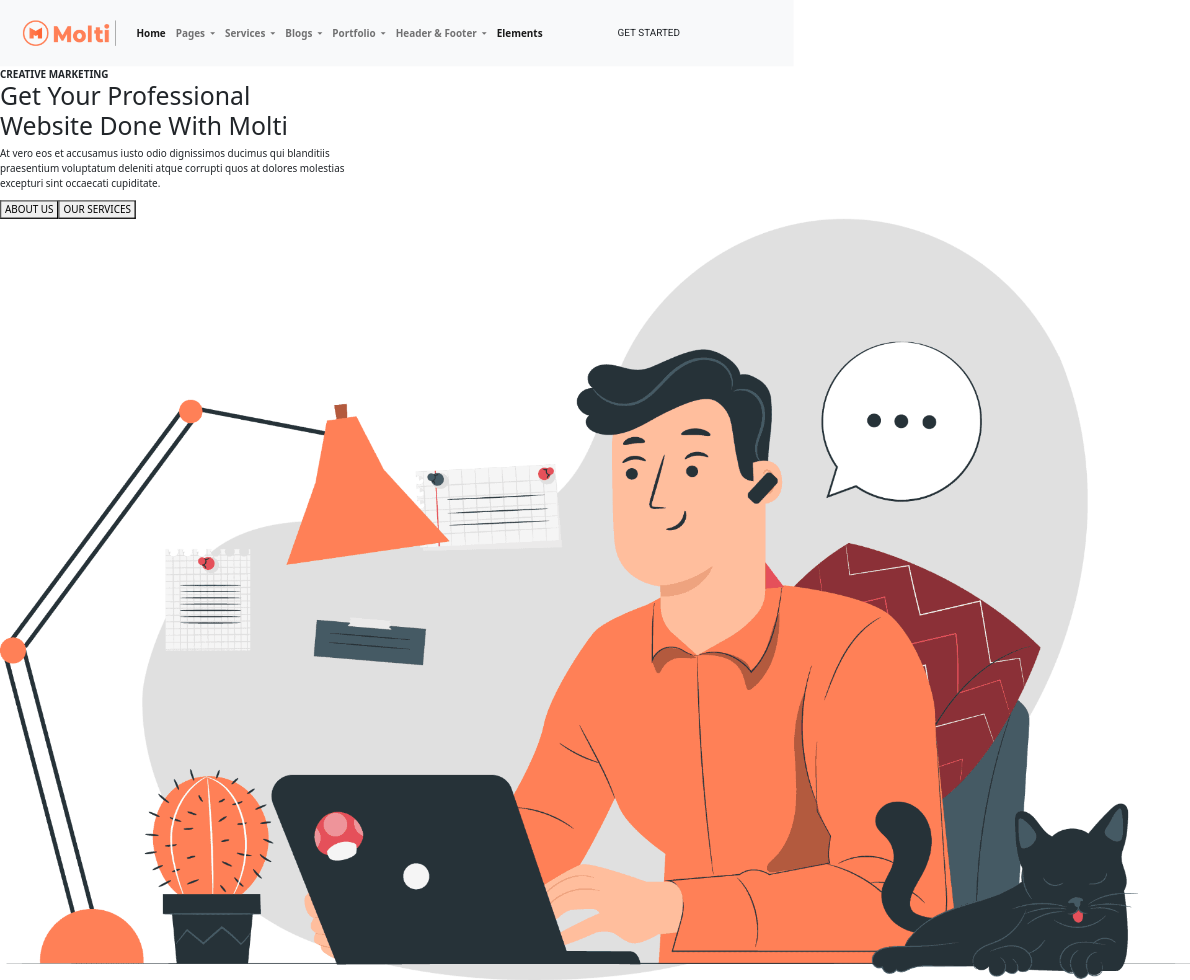
Repository: meherujjahan/Molti-website
Page: index.html
The author's editor kept a copy of each file at every save. The page is drawn from the files as they stood at one save, then again after the next save.
The browser window is 1280 px wide. The page is 1920 px wide, so the pictures cover 1920 px, including what lies to the right of the window. The pictures show the whole page, at 62% of full size.

Above is the page before, as saved 2022-03-08 19:18:11.

After the next save:
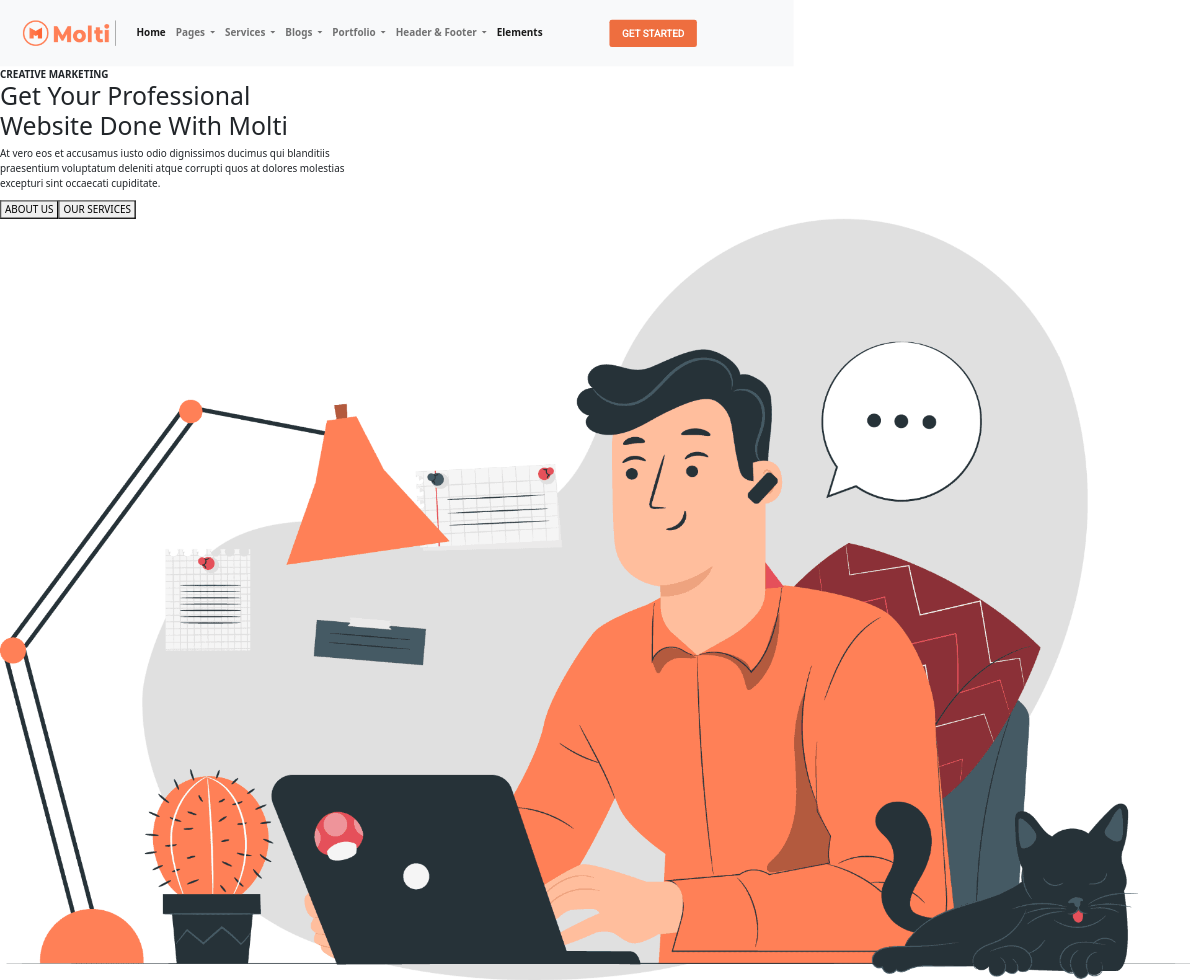
Saved 6 min 17 s later.
--- a/index.html
+++ b/index.html
@@ -4,8 +4,7 @@
     <meta charset="UTF-8" />
     <meta http-equiv="X-UA-Compatible" content="IE=edge" />
     <meta name="viewport" content="width=device-width, initial-scale=1.0" />
-    <!-- CSS styleSheet -->
-    <link rel="stylesheet" href="style.css" />
+
     <!-- bootstrap stylesheet -->
     <link
       href="https://cdn.jsdelivr.net/npm/bootstrap@5.1.3/dist/css/bootstrap.min.css"
@@ -17,6 +16,8 @@
     <style>
       @import url("https://fonts.googleapis.com/css2?family=Roboto&display=swap");
     </style>
+    <!-- CSS styleSheet -->
+    <link rel="stylesheet" href="style.css" />
     <title>Molti Wesite</title>
   </head>
   <body>
